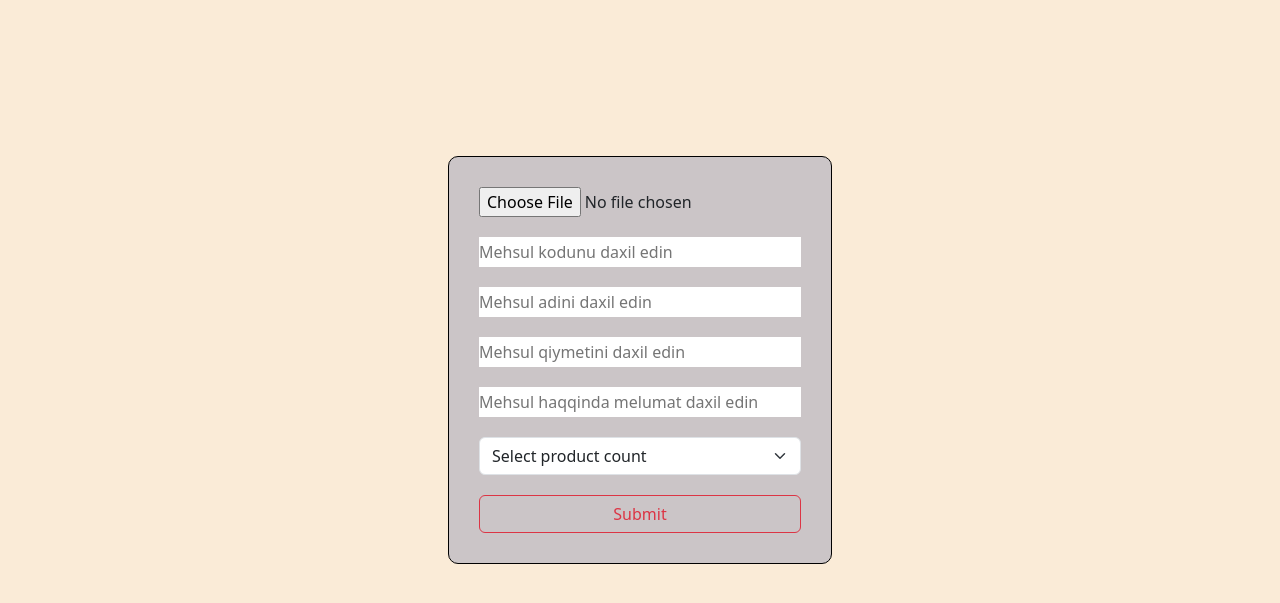
Repository: NatiqSamiyev/E-commerce-vebsite
Page: pages/productPage/index.html
An editor plug-in stored every save of this project. The page is shown before and after a run of saves, followed by the edit.
The browser window is 1280 px wide. The pictures show the whole page.
Some web fonts or font styles are not loaded; a fallback is used. The style sheet was rebuilt from its Sass, Less or Tailwind sources for each picture, by a compiler version that may differ from the author's.

Above is the page before, as saved 2023-12-09 11:44:36.

After the next 2 saves:
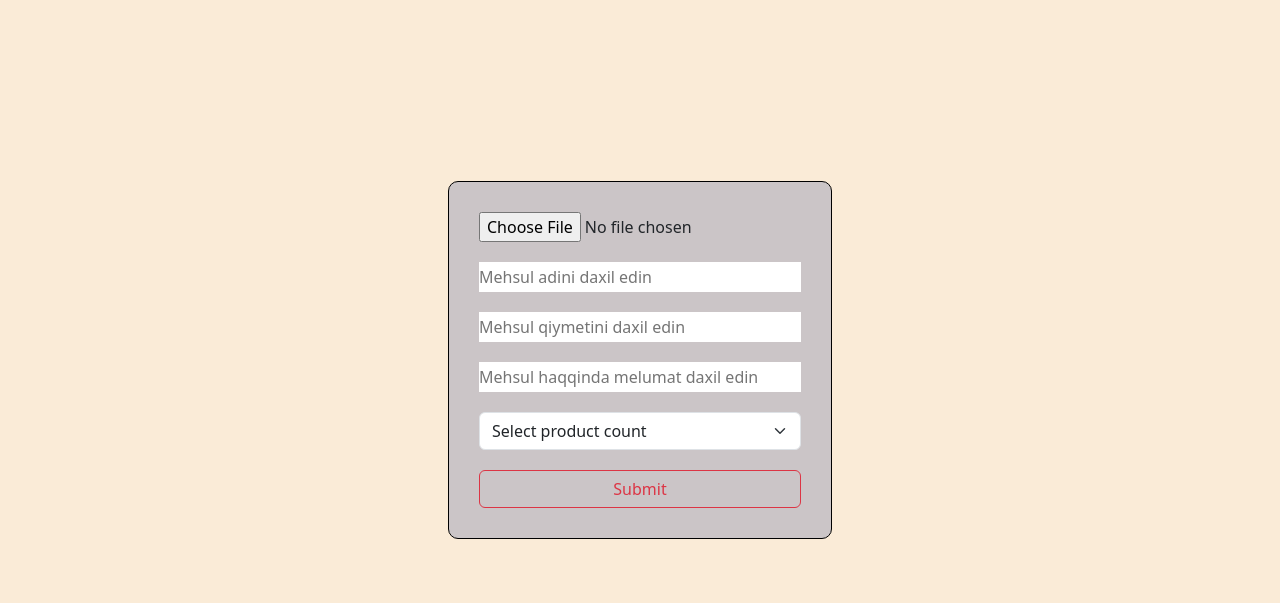
The 2 saves are shown as one change because they came seconds apart.
The last was saved 35 s later.
--- a/pages/productPage/index.html
+++ b/pages/productPage/index.html
@@ -14,9 +14,6 @@
         <form action="">
             <label for="">
                 <input type="file" class="file-input" required>
-            </label>
-            <label for="">
-                <input type="number" placeholder="Mehsul kodunu daxil edin" class="product-id-input" required>
             </label>
             <label for="">
                 <input type="text" placeholder="Mehsul adini daxil edin" class="product-name-input" required>

After the 4 saves that followed:
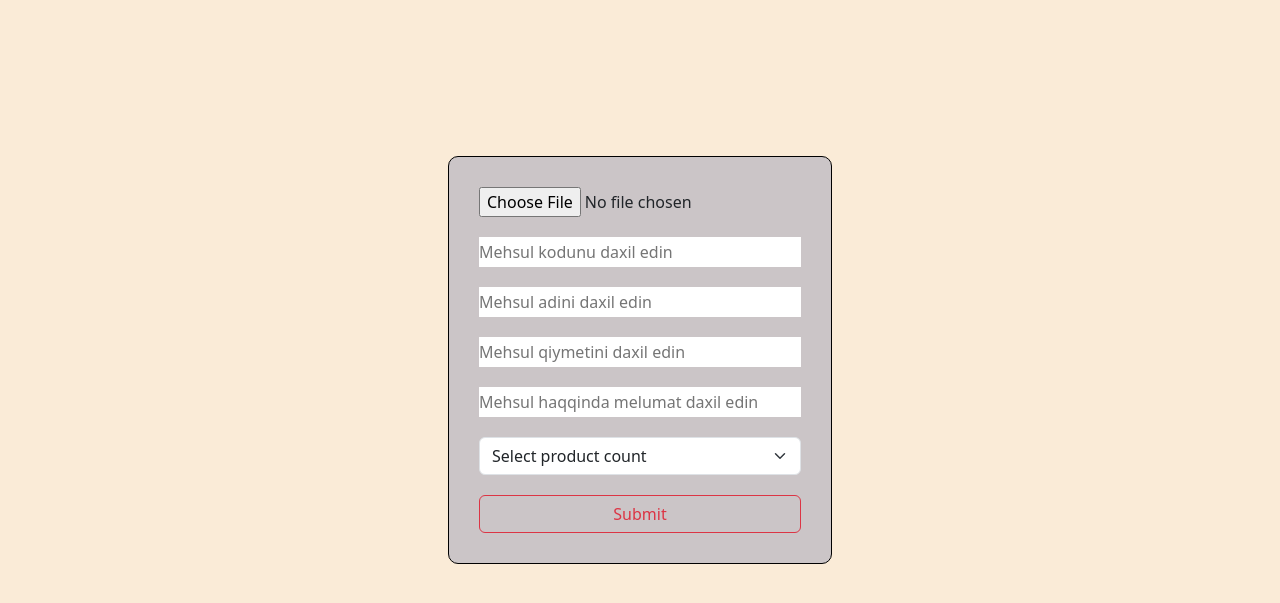
The 4 saves are shown as one change because 3 left the picture as it was.
The last was saved 2 min 29 s later.
--- a/pages/productPage/index.html
+++ b/pages/productPage/index.html
@@ -14,6 +14,9 @@
         <form action="">
             <label for="">
                 <input type="file" class="file-input" required>
+            </label>
+            <label for="">
+                <input type="number" placeholder="Mehsul kodunu daxil edin" class="product-id-input" required>
             </label>
             <label for="">
                 <input type="text" placeholder="Mehsul adini daxil edin" class="product-name-input" required>
--- a/pages/productPage/index.js
+++ b/pages/productPage/index.js
@@ -33,16 +33,14 @@
 
 // mehsulun yaradilmasi
 function createProduct() {
-
   let product = {
     img: imgUrl,
-    id: Date.now(),
+    id: productId.value,
     name: productName.value,
     amount: productAmount.value,
     info: productInfo.value,
     count: selectedCount.value,
   };
-  console.log(product);
   let database = getDatabase();
   database.push(product);
   localStorage.setItem("products", JSON.stringify(database));
